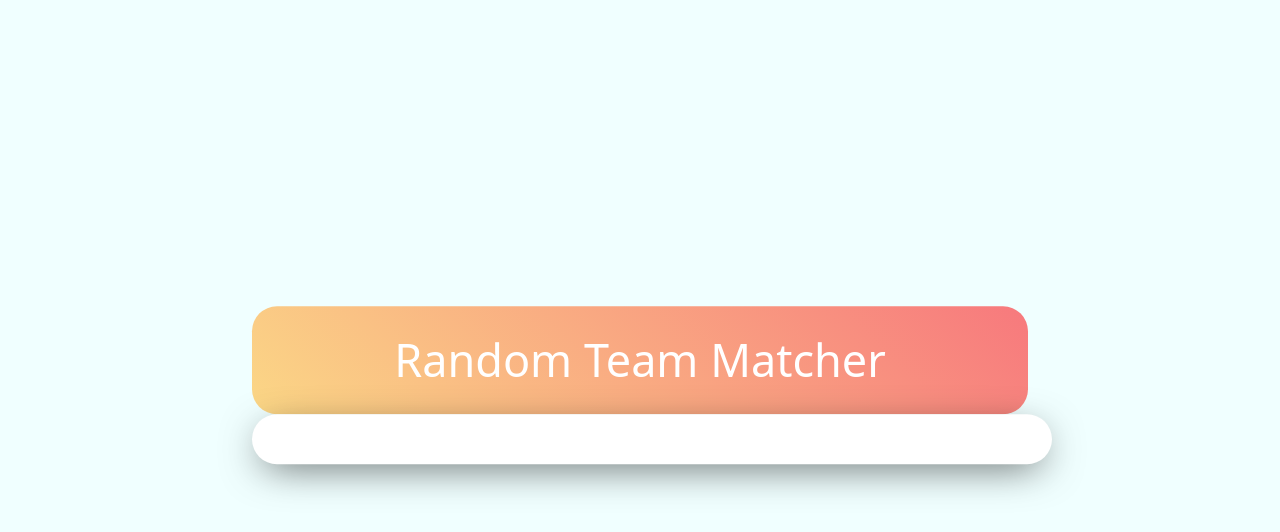
Repository: seleco29/Random-Team-Matcher-Servlet-Jsp
Page: http://localhost/Random_Team_Matcher_v2.0/include/enterTeamNameHeader.jsp
The author's editor kept a copy of each file at every save. The page is drawn from the files as they stood at one save, then again after the next save.
The browser window is 1280 px wide. The pictures show the whole page.
The page is served by Tomcat 9.

Above is the page before, as saved 2023-01-21 14:21:45.

After the next save:
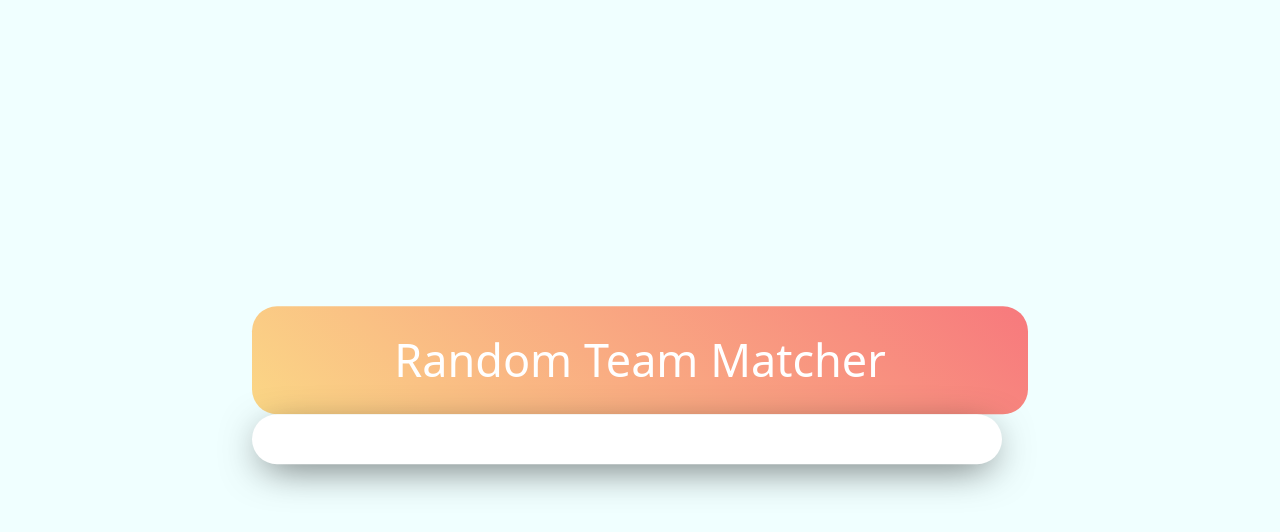
Saved 8 s later.
--- a/Random Team Matcher v2.0/src/main/webapp/assets/enterTeamName.css
+++ b/Random Team Matcher v2.0/src/main/webapp/assets/enterTeamName.css
@@ -42,7 +42,7 @@ body{
     justify-content: center;
     border-radius: 25px;
     background-color: #fff;
-    width: 800px;
+    width: 750px;
     box-shadow: 0px 10px 40px -10px rgba(0,0,0,0.7);
     padding-bottom: 50px;
 }
